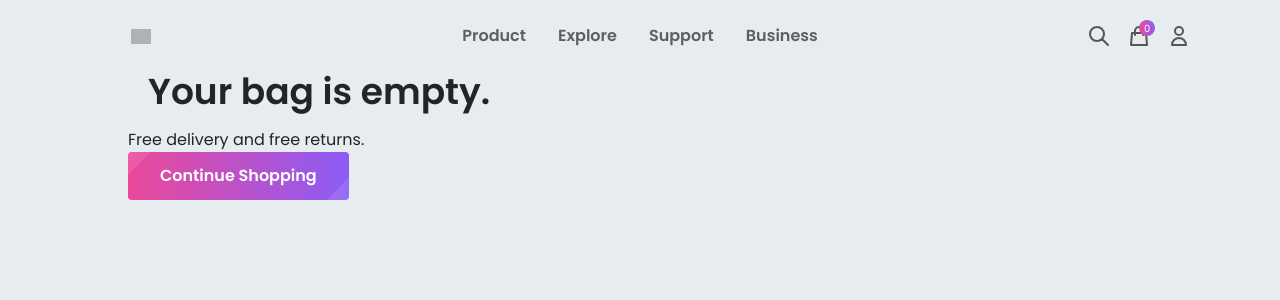
Repository: aliamini1422/semiAppleSite
Page: /checkout
The author's editor kept a copy of each file at every save. The page is drawn from the files as they stood at one save, then again after the next save.
The browser window is 1280 px wide. The pictures show the whole page.
Pictures or frames that could not be fetched are drawn as grey boxes. The page's requests for data from a server got no answer. The project was rebuilt for these pictures with package versions that can differ from the ones it lists, and the page was loaded fresh each time. The framework's server and built-in components were replaced by stand-ins that run in the browser. No one was signed in, and anything a server would have sent is missing. Also part of the build but not shown: next.config.js, sanity.js, components/CheckoutProduct.tsx.

Above is the page before, as saved 2022-09-05 02:24:46.

### pages/_app.tsx
import '../styles/globals.css'
import type { AppProps } from 'next/app'
import { Provider} from "react-redux";
import { store } from "../redux/store";
import { Toaster } from "react-hot-toast";

function MyApp({ Component, pageProps }: AppProps) {
  return (
    <Provider store={store}>
      <Toaster />
      <Component {...pageProps} />
    </Provider>
  )
}

export default MyApp

### pages/checkout.tsx
import React from 'react'
import Header from '../components/Header'
import { useSelector } from 'react-redux';
import { selectBasketItems } from '../redux/basketSlice';
import { useRouter } from 'next/router';
import Button from '../components/Button';
import { useState, useEffect } from 'react';
import CheckoutProduct from '../components/CheckoutProduct';

function checkout() {
    const items = useSelector(selectBasketItems);
    const router = useRouter();
    const [groupedItemsInBasket, setGroupedItemsInBasket] = useState({} as {[key: string]: Product []});


    useEffect(()=>{
        const groupedItems = items.reduce((results, item)=>{
            (results[item._id] = results[item._id] || []).push(item);
            return results;
        },{} as {[key: string]: Product []})
        setGroupedItemsInBasket(groupedItems);
    },[items]);



  return (
    <div className='min-h-screen overflow-hidden bg-[#E7ECEE]'>
        <Header />
        <main className='mx-auto max-w-5xl pb-24'>
            <div className='px-5 '>
                <h1 className='my-4 text-3xl font-semibold lg:text-4xl'>{items.length > 0 ? "Review your bag" : "Your bag is empty."}</h1>
            </div>
            <p>Free delivery and free returns.</p>
            {items.length === 0 && (<Button title='Continue Shopping' onClick={()=>router.push("/")} />)}
            <div>
                {items.length > 0 && (
                    <div className='mx-8 md:mx-16'>
                        {Object.entries(groupedItemsInBasket).map(([key, items]) =>(
                            <CheckoutProduct key={key} items={items} id={key} />
                        ))}
                    </div>
                )}
            </div>
        </main>
    </div>
  )
}

export default checkout

### styles/globals.css
@import url('https://fonts.googleapis.com/css2?family=Poppins:ital,wght@0,100;0,200;0,300;0,400;0,500;0,600;0,700;0,800;0,900;1,100;1,200;1,400;1,500;1,600;1,700;1,800;1,900&display=swap');
@tailwind base;
@tailwind components;
@tailwind utilities;

@layer base{
    body{
        @apply font-body text-[#232428]
    }
}
@layer components{
    .headerLink{
        @apply cursor-pointer  font-semibold opacity-70 transition hover:opacity-100
    }
    .headerIcon{
        @apply w-6 h-6 cursor-pointer opacity-75 transition hover:opacity-100
    }
    .link{
        @apply relative cursor-pointer text-lg font-medium before:absolute before:inset-x-0 before:rounded-bl before:origin-left before:-bottom-1.5
         before:h-0.5 before:bg-black before:transform before:scale-x-0 before:transition-all before:duration-200
         hover:before:scale-x-100
    }

    .borderGradient{
        @apply text-center pb-1 bg-gradient-to-r from-[#ec4899] to-[#8b5cf6] bg-left-bottom bg-no-repeat bg-[length:100%_2px]
    }
    .tabPanel{
        @apply grid grid-cols-1 gap-8 sm:grid-cols-2 md:grid-cols-1 lg:grid-cols-2 xl:grid-cols-3
    }
}

### redux/store.ts
import { configureStore } from '@reduxjs/toolkit'
import basketReducer from './basketSlice';

export const store = configureStore({
  reducer: {
    basket: basketReducer,
  },
})

// Infer the `RootState` and `AppDispatch` types from the store itself
export type RootState = ReturnType<typeof store.getState>
// Inferred type: {posts: PostsState, comments: CommentsState, users: UsersState}
export type AppDispatch = typeof store.dispatch

### components/Header.tsx
import Image from 'next/image'
import Link from 'next/link'
import React from 'react'
import { useSelector } from 'react-redux';
import {SearchIcon, ShoppingBagIcon, UserIcon} from '@heroicons/react/outline';
import { selectBasketItems } from '../redux/basketSlice';
import { useRouter } from 'next/router';
function Header() {
  const router = useRouter();
  const items = useSelector(selectBasketItems);
  const session = false;
  return (
    <header className='sticky top-0 w-full z-30 flex items-center justify-between bg-[#E7ECEE] pt-4 px-4'>
      <div className='flex items-center justify-center md:w-1/5'>
        <Link href= "/">
          <div className='relative w-5 h-10 cursor-pointer opacity-75  transition hover:opacity-100'>
            <Image src="https://upload.wikimedia.org/wikipedia/commons/thumb/f/fa/Apple_logo_black.svg/1667px-Apple_logo_black.svg.png" layout='fill' objectFit='contain'/>
          </div>
        </Link>
      </div>
      <div className='hidden flex-1 items-center justify-center space-x-8 md:flex'>
        <a className='headerLink' href="/">Product</a>
        <a className='headerLink' href="/">Explore</a>
        <a className='headerLink' href="/">Support</a>
        <a className='headerLink' href="/">Business</a>
      </div>
      <div className='flex gap-x-4 items-center justify-center md:w-1/5'>
        <SearchIcon className='headerIcon'/>
        <div className='relative cursor-pointer'>
          <span className='absolute -right-1 -top-1 z-30 flex items-center w-4 h-4 justify-center bg-gradient-to-r from-pink-500 to-violet-500
          rounded-full text-[10px] text-white'>{items.length}</span>
          <ShoppingBagIcon className='headerIcon' onClick={()=>{router.push("/checkout")}}/>
        </div>
        {session ? (<Image src="" className='cursor-pointer rounded-full'/>): (<UserIcon className='headerIcon'/>)}
      </div>
    </header>
  )
}

export default Header

### redux/basketSlice.ts
import { createSlice } from '@reduxjs/toolkit'
import type { PayloadAction } from '@reduxjs/toolkit'
import type { RootState } from './store'
import { stat } from 'fs'

// Define a type for the slice state
interface BasketState {
  items:Product[]
}

// Define the initial state using that type
const initialState: BasketState = {
  items:[],
}

export const basketSlice = createSlice({
  name: 'basket',
  // `createSlice` will infer the state type from the `initialState` argument
  initialState,
  reducers: {
    addToBasket: (state: BasketState, action:PayloadAction<Product>) => {
      state.items = [...state.items, action.payload];
    },
    removeFromBasket: (
      state: BasketState,
      action: PayloadAction<{ id: string }>
    ) => {
      const index = state.items.findIndex(
        (item: Product) => item._id === action.payload.id
      );

      let newBasket = [...state.items];

      if (index >= 0) {
        newBasket.splice(index, 1);
      } else {
        console.log(
          `Cant remove product (id: ${action.payload.id}) as its not in basket!`
        );
      }

      state.items = newBasket;
    },
    // Use the PayloadAction type to declare the contents of `action.payload`

  },
})

export const { addToBasket, removeFromBasket } = basketSlice.actions

// Other code such as selectors can use the imported `RootState` type
export const selectBasketItems = (state: RootState) => state.basket.items;
export const selectBasketItemsWithId = (state: RootState, id:string) => {
    state.basket.items.filter((item:Product)=> item._id === id);
 };
export const selectBasketTotal = (state: RootState)=>{
    state.basket.items.reduce((total:number, item:Product)=>(total += item.price),0);
}

export default basketSlice.reducer

### components/Button.tsx
import React from 'react'

interface Props{
    title:string;
    onClick?: ()=> void;
    width?:string;
    loading?:boolean;
    padding?:string;
    noIcon?:boolean;
}


function Button({ title, onClick, width, loading, padding, noIcon }: Props) {
    return (
      <button
        className={`ease group relative z-30 box-border inline-flex ${
          width ? width : "w-auto"
        } ${padding} cursor-pointer items-center justify-center overflow-hidden rounded bg-indigo-600 bg-gradient-to-r from-pink-500 to-violet-500 px-8 py-3 font-bold text-white transition-all duration-300 focus:outline-none`}
        onClick={onClick}
      >
        <span className="absolute bottom-0 right-0 -mb-8 -mr-5 h-20 w-8 translate-x-1 rotate-45 transform bg-white opacity-10 transition-all duration-300 ease-out group-hover:translate-x-0"></span>
        <span className="absolute top-0 left-0 -mt-1 -ml-12 h-8 w-20 -translate-x-1 -rotate-45 transform bg-white opacity-10 transition-all duration-300 ease-out group-hover:translate-x-0"></span>

        <span className="relative z-20 flex items-center font-semibold">
          {noIcon && (
            <svg
              className="relative mr-2 h-5 w-5 flex-shrink-0 text-white"
              fill="none"
              stroke="currentColor"
              viewBox="0 0 24 24"
              xmlns="http://www.w3.org/2000/svg"
            >
              <path
                strokeLinecap="round"
                strokeLinejoin="round"
                strokeWidth="2"
                d="M13 10V3L4 14h7v7l9-11h-7z"
              ></path>
            </svg>
          )}
          {loading ? "Loading..." : title}
        </span>
      </button>
    );
  }

  export default Button;

### tailwind.config.js
/** @type {import('tailwindcss').Config} */
module.exports = {
  content: [
    './pages/**/*.{js,ts,jsx,tsx}',
    './components/**/*.{js,ts,jsx,tsx}',
  ],
  theme: {
    extend: {
      fontFamily :{
        body: ["Poppins", "Sans-serif"],
      }
    },
  },
  plugins: [],
}

After the next save:
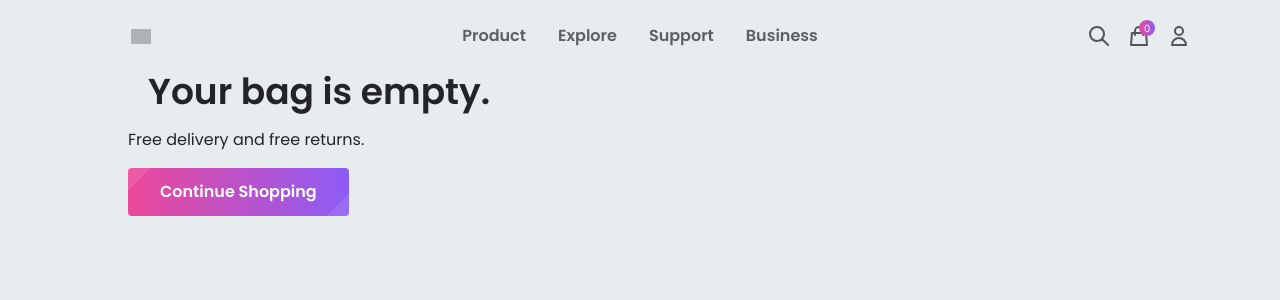
Saved 13 s later.
--- a/pages/checkout.tsx
+++ b/pages/checkout.tsx
@@ -30,7 +30,7 @@ function checkout() {
             <div className='px-5 '>
                 <h1 className='my-4 text-3xl font-semibold lg:text-4xl'>{items.length > 0 ? "Review your bag" : "Your bag is empty."}</h1>
             </div>
-            <p>Free delivery and free returns.</p>
+            <p className='my-4'>Free delivery and free returns.</p>
             {items.length === 0 && (<Button title='Continue Shopping' onClick={()=>router.push("/")} />)}
             <div>
                 {items.length > 0 && (
